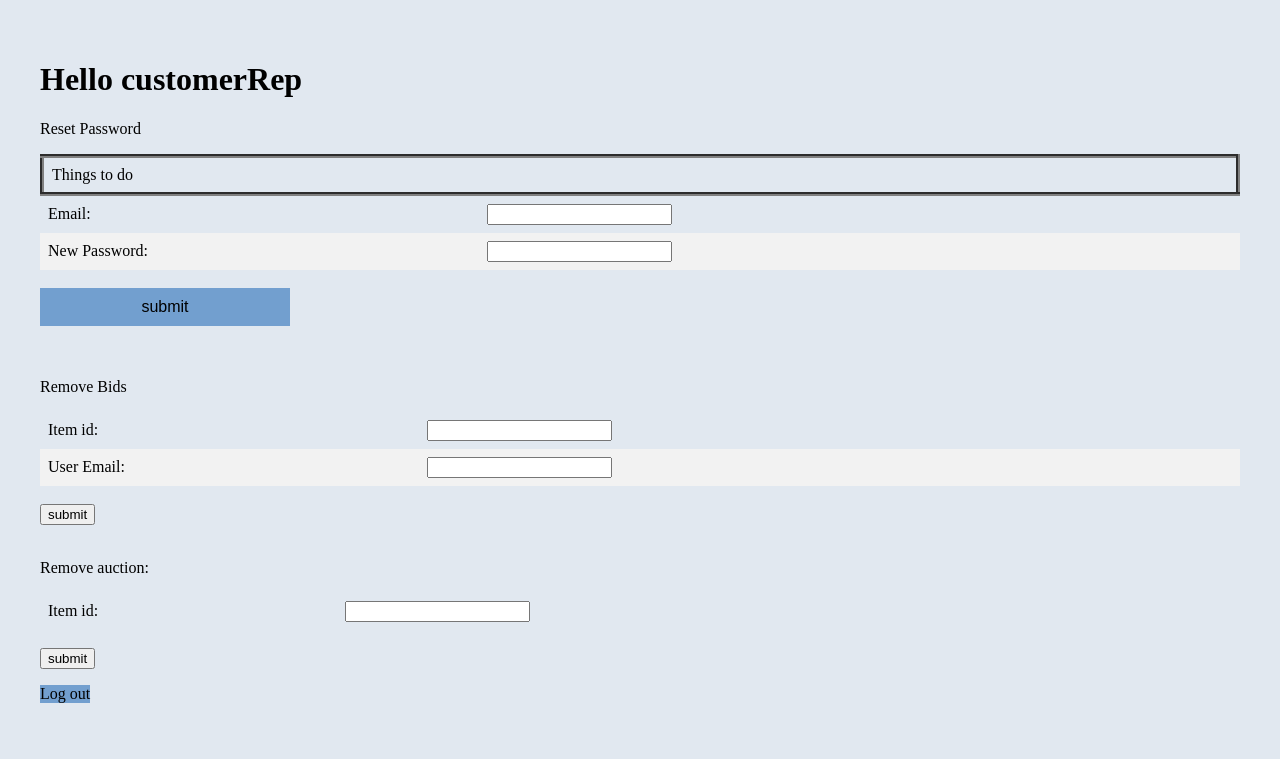
Repository: nicholaschiarulli/AuctionWebApp
Page: http://localhost/cs336Final/customerRepresentativePage.jsp
An editor plug-in stored every save of this project. The page is shown before and after the next save, followed by the edit.
The browser window is 1280 px wide. The pictures show the whole page.
The page is served by Tomcat 9. Queries for data that is not in the repository find no rows.

Above is the page before, as saved 2019-04-10 04:50:43.

After the next save:
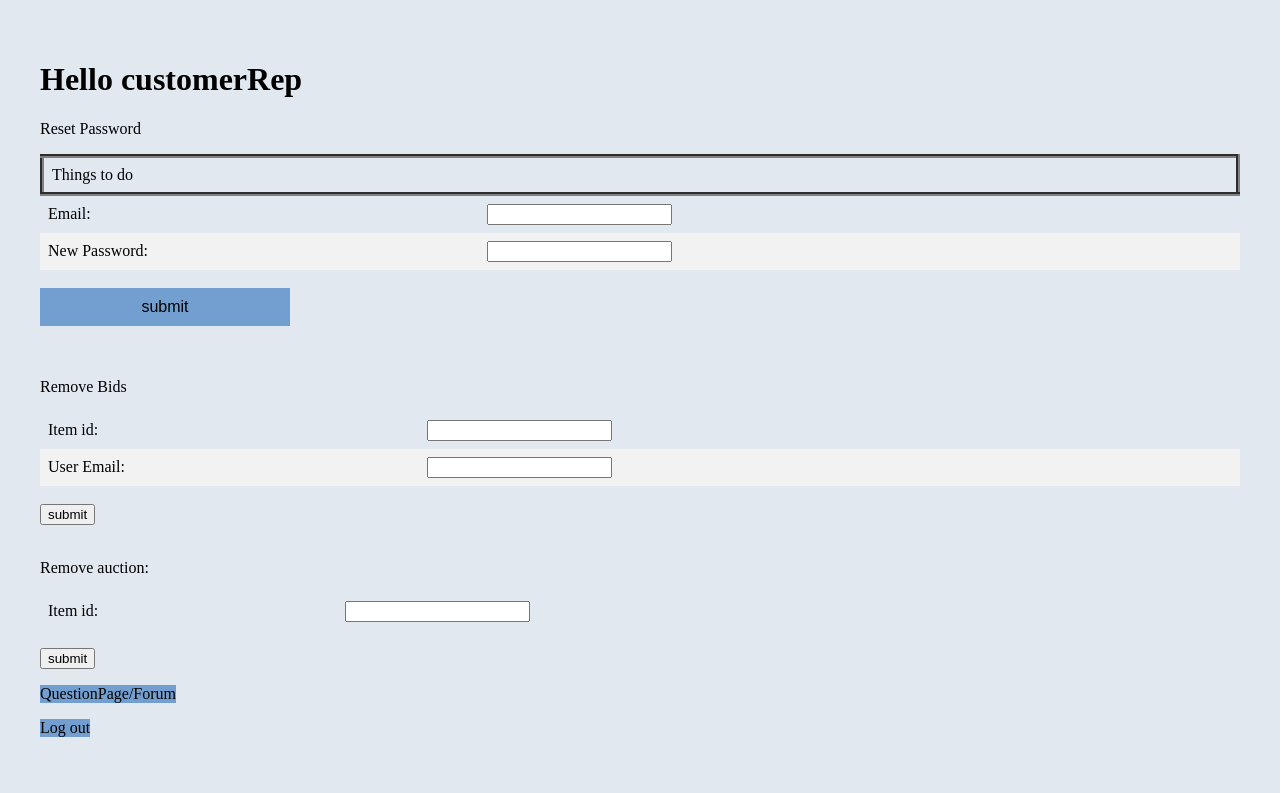
Saved 32 s later.
--- a/cs336Final/WebContent/customerRepresentativePage.jsp
+++ b/cs336Final/WebContent/customerRepresentativePage.jsp
@@ -88,7 +88,7 @@ pageEncoding="ISO-8859-1" import="com.cs336.pkg.*"%>
 <br>
 <input type="submit" value="submit">
 </form>
-
+<p><a href=forum.jsp>QuestionPage/Forum</a></p>
 <p><a href='logout.jsp'>Log out</a></p>
 </body>
 </html>
